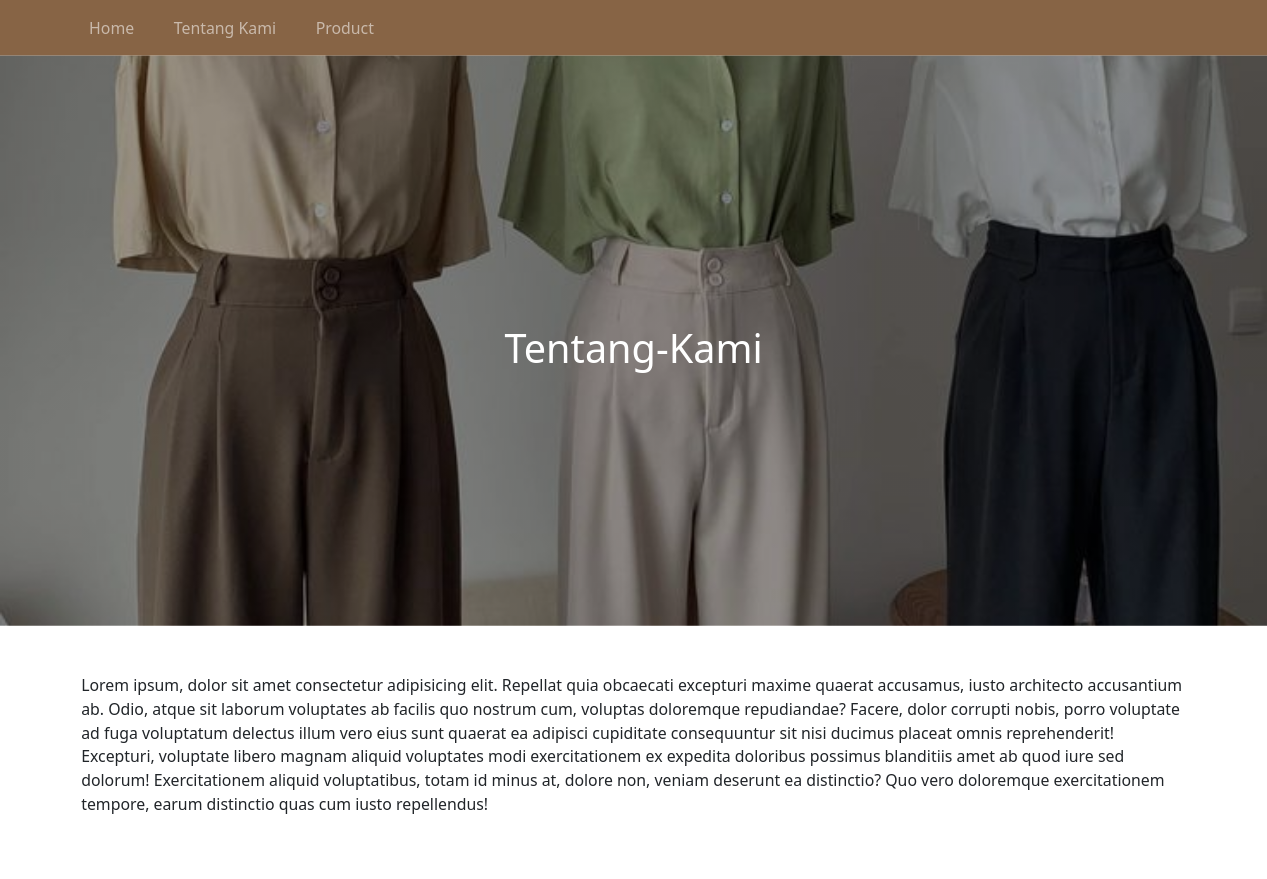
Repository: herman165/tugas_uas
Page: http://localhost/tentang_kami.php
The author's editor kept a copy of each file at every save. The page is drawn from the files as they stood at one save, then again after a run of saves.
The browser window is 1280 px wide. The pictures show the whole page, at 99% of full size.
The page is run by PHP 8.4 with error messages shown; the project is at /var/www/html/.

Above is the page before, as saved 2024-12-12 04:30:01.

After the next 3 saves:
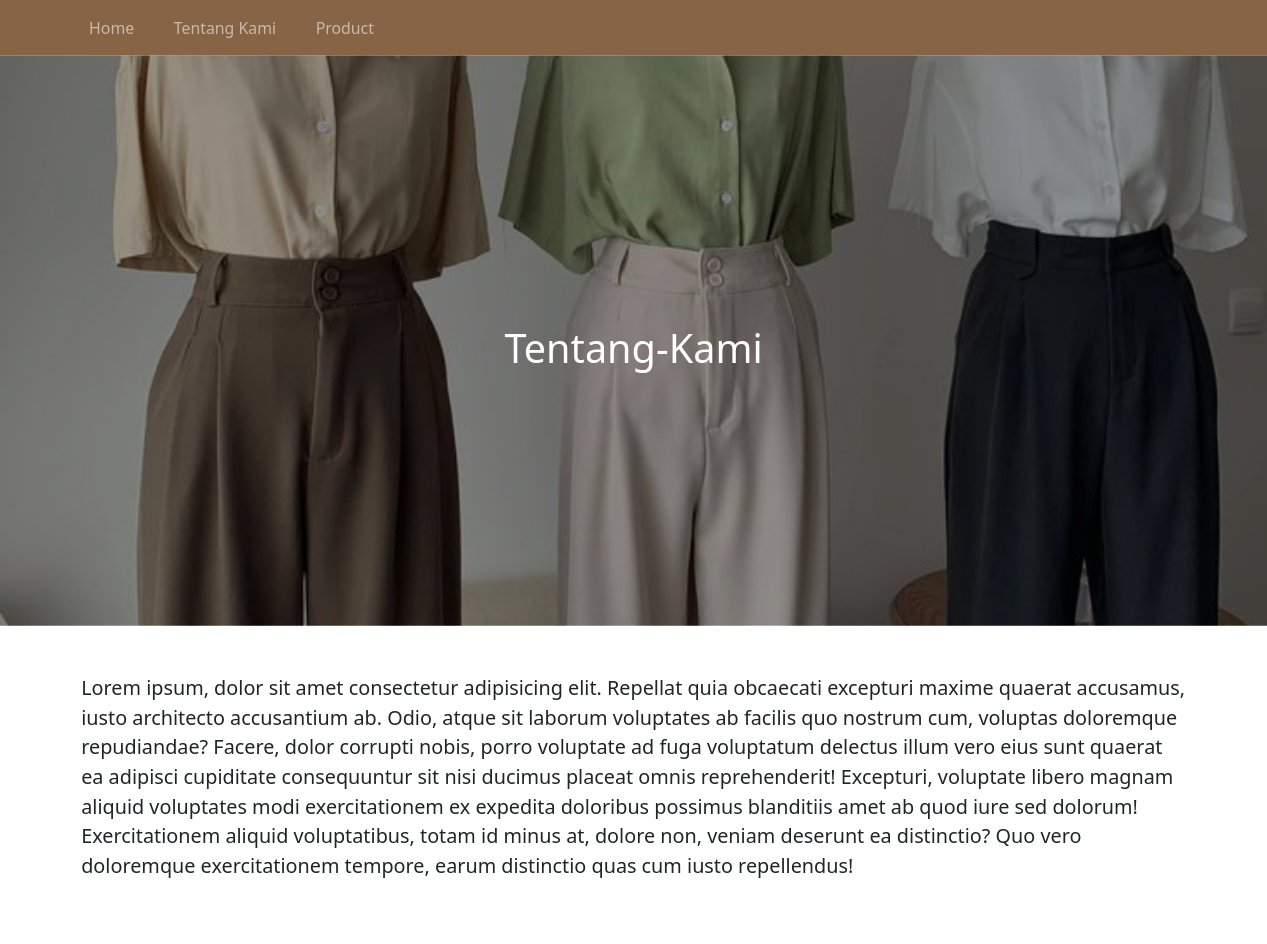
The 3 saves are shown as one change because they came seconds apart.
The last was saved 14 s later.
--- a/tentang_kami.php
+++ b/tentang_kami.php
@@ -20,7 +20,7 @@
      </div>
      <!-- main -->
       <div class="container-fluid py-5">
-        <div class="container of">
+        <div class="container fs-5">
             <p>
                 Lorem ipsum, dolor sit amet consectetur adipisicing elit. Repellat quia obcaecati excepturi maxime quaerat accusamus, iusto architecto accusantium ab. Odio, atque sit laborum voluptates ab facilis quo nostrum cum, voluptas doloremque repudiandae? Facere, dolor corrupti nobis, porro voluptate ad fuga voluptatum delectus illum vero eius sunt quaerat ea adipisci cupiditate consequuntur sit nisi ducimus placeat omnis reprehenderit! Excepturi, voluptate libero magnam aliquid voluptates modi exercitationem ex expedita doloribus possimus blanditiis amet ab quod iure sed dolorum! Exercitationem aliquid voluptatibus, totam id minus at, dolore non, veniam deserunt ea distinctio? Quo vero doloremque exercitationem tempore, earum distinctio quas cum iusto repellendus!
             </p>
